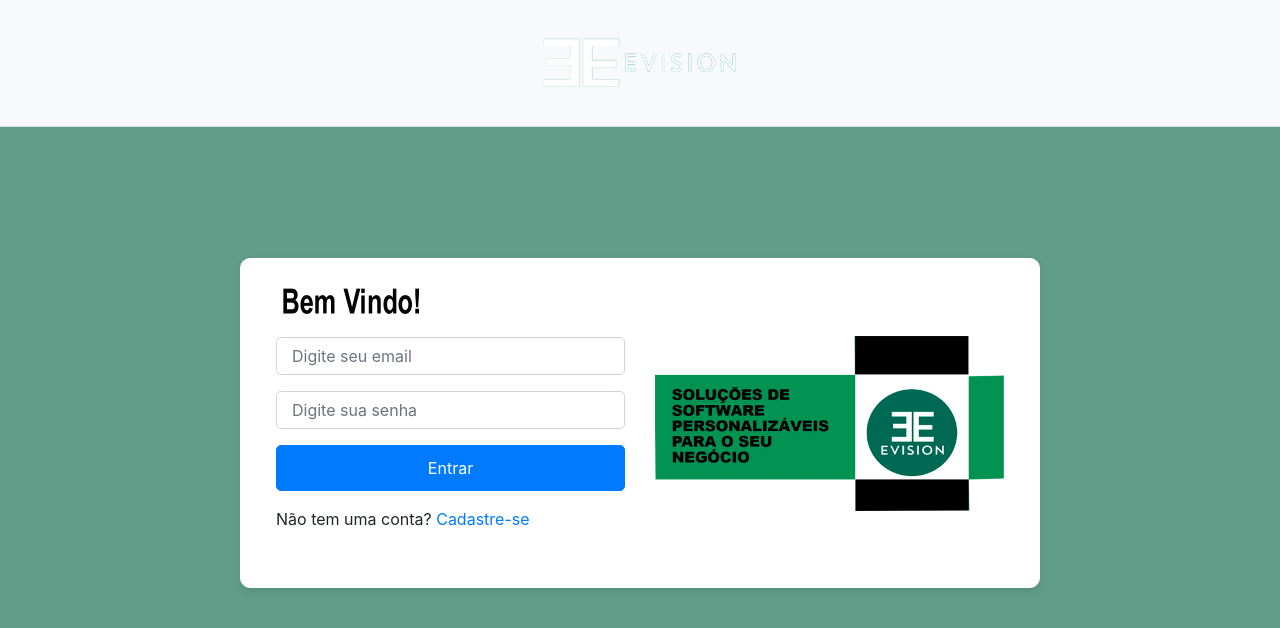
Repository: AndersonSchinemann/projetoTeste
Page: Evision/src/main/resources/static/access/templates/loginUser.html
An editor plug-in stored every save of this project. The page is shown before and after the next save, followed by the edit.
The browser window is 1280 px wide. The pictures show the whole page.
Some web libraries are served in a nearby version.

Above is the page before, as saved 2024-05-21 18:49:01.

After the next save:
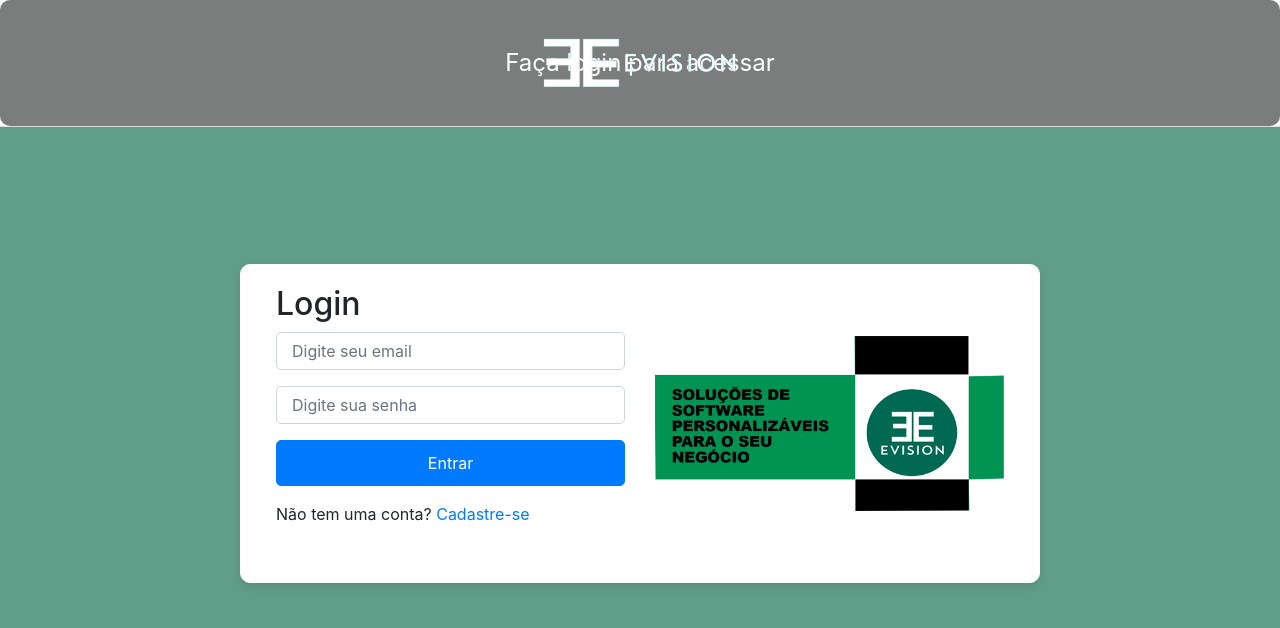
Saved 61 s later.
--- a/Evision/src/main/resources/static/access/templates/loginUser.html
+++ b/Evision/src/main/resources/static/access/templates/loginUser.html
@@ -13,30 +13,31 @@
   </style>
 </head>
 <body ng-app="myLogin" ng-controller="LoginController">
-  <div class="col-12 my-logo-custom">
-    <div class="w-100">
-      <img src="/access/img/logoTopo.png" alt="Imagem Grande" class="img-fluid custom-img-size">
-    </div>
-  </div>
+	<div class="col-12 my-logo-custom">
+	    <img src="/access/img/logoTopo.png" alt="Imagem Grande" class="img-fluid custom-img-size">
+	    <div class="login-overlay">
+	      <div class="login-text">Faça login para acessar</div>
+	    </div>
+	  </div>
 
-  <div class="container">
-    <div class="row box-effect">
-      <!-- Formulário de Login -->
-      <div class="col-12 col-md-6 my-custom-margin">
-        <h2><img src="/access/img/bemVindo.png" alt="Imagem Grande" class="img-fluid custom-img-size"></h2>
-        <form>
-          <div class="form-group">
-            <input type="email" name="email" class="form-control" id="email" ng-model="login.email" placeholder="Digite seu email">
-          </div>
-          <div class="form-group">
-            <input type="password" name="password" class="form-control" id="password" ng-model="login.password" placeholder="Digite sua senha">
-          </div>
-          <button type="button" class="btn btn-primary" ng-click="acessoLogin()">Entrar</button>
-        </form>
-        <div class="mt-3">
-          <p>Não tem uma conta? <a href="/cadastro">Cadastre-se</a></p>
-        </div>
-      </div>
+	  <div class="container">
+	    <div class="row box-effect">
+	      <!-- Formulário de Login -->
+	      <div class="col-12 col-md-6 my-custom-margin">
+	        <h2>Login</h2>
+	        <form>
+	          <div class="form-group">
+	            <input type="email" name="email" class="form-control" id="email" ng-model="login.email" placeholder="Digite seu email">
+	          </div>
+	          <div class="form-group">
+	            <input type="password" name="password" class="form-control" id="password" ng-model="login.password" placeholder="Digite sua senha">
+	          </div>
+	          <button type="button" class="btn btn-primary" ng-click="acessoLogin()">Entrar</button>
+	        </form>
+	        <div class="mt-3">
+	          <p>Não tem uma conta? <a href="/cadastro">Cadastre-se</a></p>
+	        </div>
+	      </div>
       <!-- Imagem -->
       <div class="col-12 col-md-6 my-custom-margin-img">
         <div class="image-container">

After the save that followed:
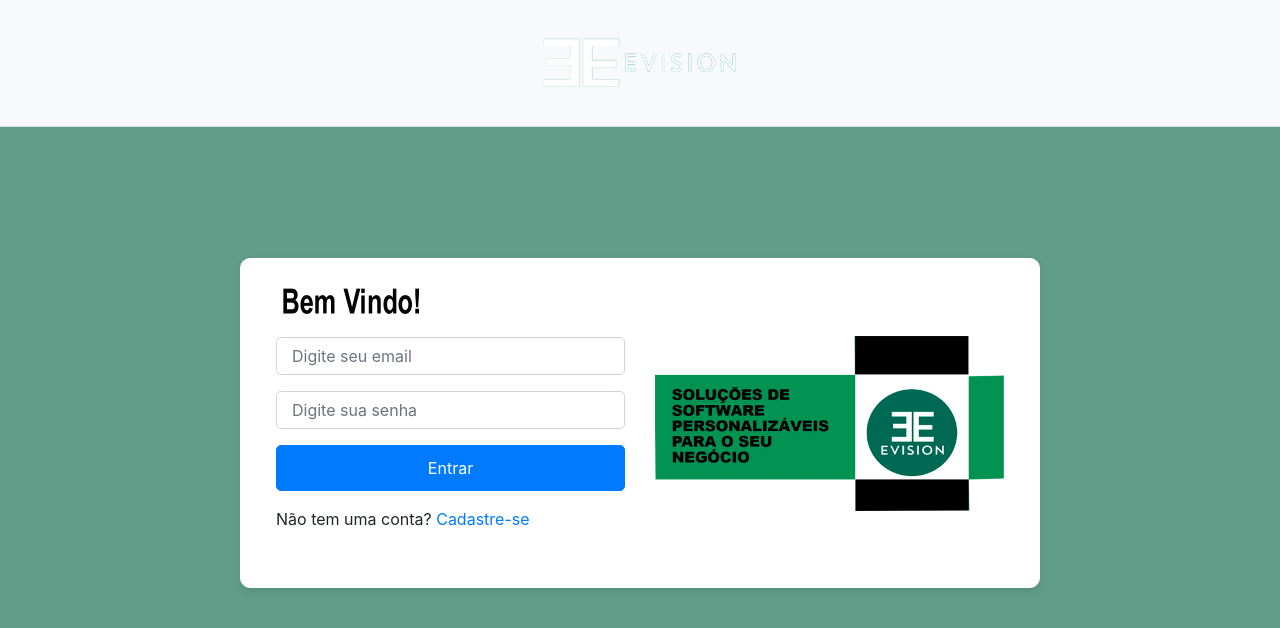
Saved 69 s later.
--- a/Evision/src/main/resources/static/access/templates/loginUser.html
+++ b/Evision/src/main/resources/static/access/templates/loginUser.html
@@ -13,31 +13,30 @@
   </style>
 </head>
 <body ng-app="myLogin" ng-controller="LoginController">
-	<div class="col-12 my-logo-custom">
-	    <img src="/access/img/logoTopo.png" alt="Imagem Grande" class="img-fluid custom-img-size">
-	    <div class="login-overlay">
-	      <div class="login-text">Faça login para acessar</div>
-	    </div>
-	  </div>
+  <div class="col-12 my-logo-custom">
+    <div class="w-100">
+      <img src="/access/img/logoTopo.png" alt="Imagem Grande" class="img-fluid custom-img-size">
+    </div>
+  </div>
 
-	  <div class="container">
-	    <div class="row box-effect">
-	      <!-- Formulário de Login -->
-	      <div class="col-12 col-md-6 my-custom-margin">
-	        <h2>Login</h2>
-	        <form>
-	          <div class="form-group">
-	            <input type="email" name="email" class="form-control" id="email" ng-model="login.email" placeholder="Digite seu email">
-	          </div>
-	          <div class="form-group">
-	            <input type="password" name="password" class="form-control" id="password" ng-model="login.password" placeholder="Digite sua senha">
-	          </div>
-	          <button type="button" class="btn btn-primary" ng-click="acessoLogin()">Entrar</button>
-	        </form>
-	        <div class="mt-3">
-	          <p>Não tem uma conta? <a href="/cadastro">Cadastre-se</a></p>
-	        </div>
-	      </div>
+  <div class="container">
+    <div class="row box-effect">
+      <!-- Formulário de Login -->
+      <div class="col-12 col-md-6 my-custom-margin">
+        <h2><img src="/access/img/bemVindo.png" alt="Imagem Grande" class="img-fluid custom-img-size"></h2>
+        <form>
+          <div class="form-group">
+            <input type="email" name="email" class="form-control" id="email" ng-model="login.email" placeholder="Digite seu email">
+          </div>
+          <div class="form-group">
+            <input type="password" name="password" class="form-control" id="password" ng-model="login.password" placeholder="Digite sua senha">
+          </div>
+          <button type="button" class="btn btn-primary" ng-click="acessoLogin()">Entrar</button>
+        </form>
+        <div class="mt-3">
+          <p>Não tem uma conta? <a href="/cadastro">Cadastre-se</a></p>
+        </div>
+      </div>
       <!-- Imagem -->
       <div class="col-12 col-md-6 my-custom-margin-img">
         <div class="image-container">
